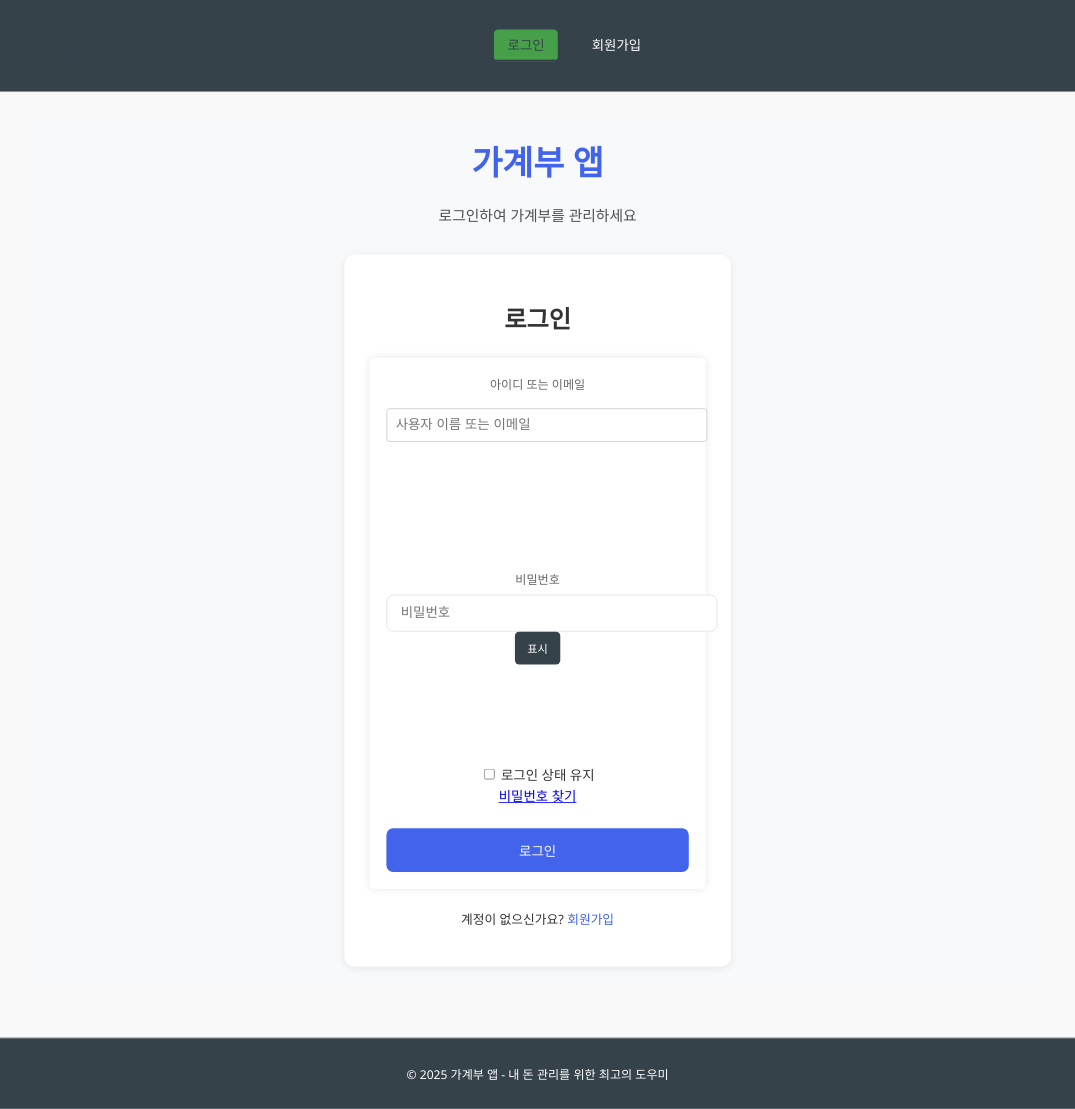
Repository: dldnwls07/Register_Login_Form
Page: /
The author's editor kept a copy of each file at every save. The page is drawn from the files as they stood at one save, then again after a run of saves.
The browser window is 1280 px wide. The pictures show the whole page, at 84% of full size.
The project was rebuilt for these pictures with package versions that can differ from the ones it lists, and the page was loaded fresh each time. Also part of the build but not shown: src/components/Summary.jsx, src/styles/pages/MainPage.css, src/pages/MainPage.jsx, src/utils/categoryData.js, src/components/CategorySelector.jsx, src/components/EntryForm.jsx, src/components/EntryTable.jsx, src/components/SearchBar.jsx and 14 more.

Above is the page before, as saved 2025-05-23 13:58:29.

After the next 3 saves:
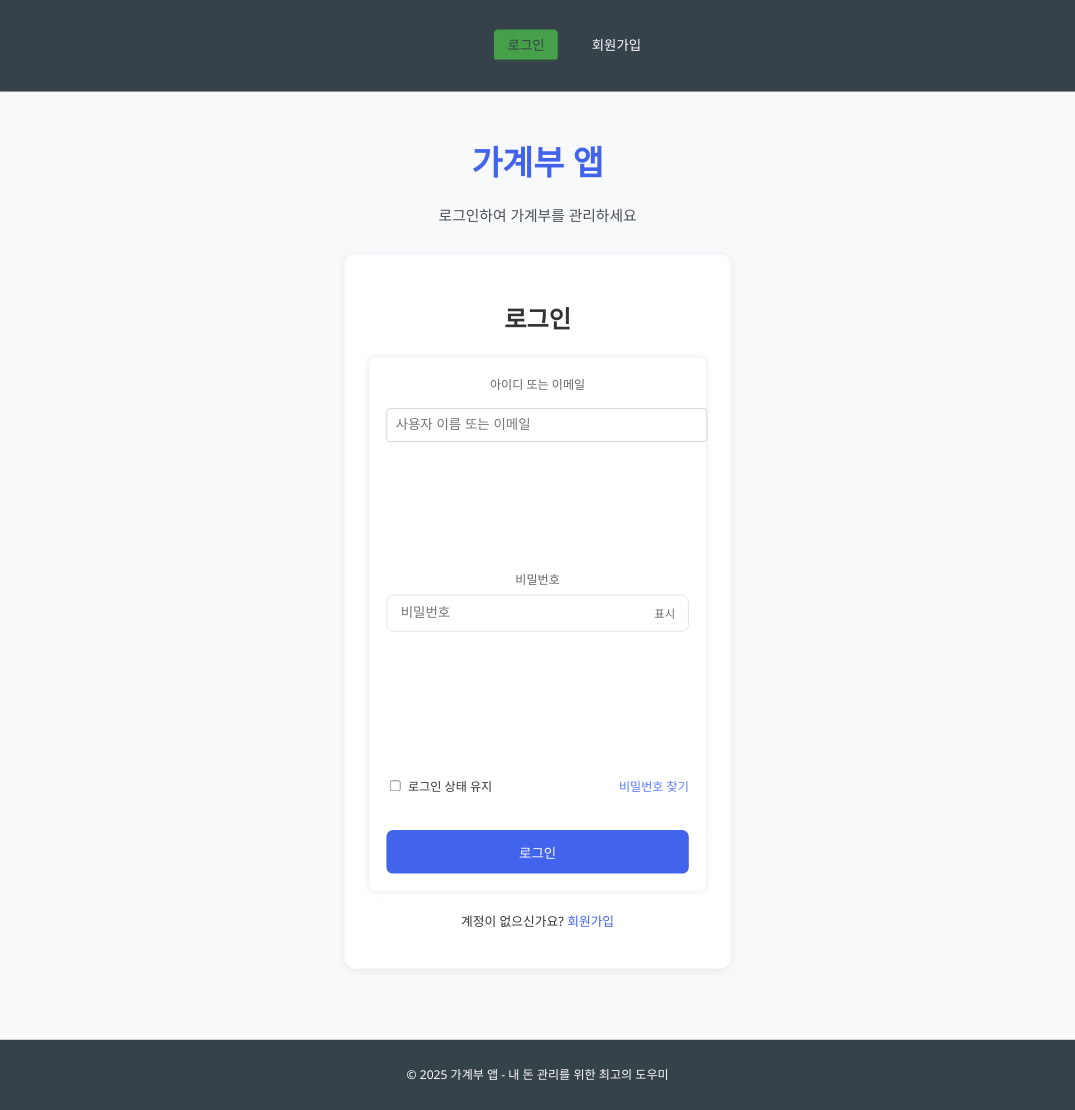
The 3 saves are shown as one change because 2 did not build or start.
The last was saved 6 min 5 s later.
--- a/src/styles/components/AuthForm.css
+++ b/src/styles/components/AuthForm.css
@@ -200,6 +200,134 @@
   color: #4cd964;
 }
 
+/* 새로 추가된 스타일 */
+.email-group {
+  display: flex;
+  align-items: center;
+  gap: 5px;
+}
+
+.email-prefix {
+  flex: 1;
+}
+
+.email-at {
+  margin: 0 5px;
+  color: #666;
+}
+
+.email-domain {
+  width: 130px;
+}
+
+.custom-domain {
+  margin-top: 10px;
+}
+
+.custom-domain input {
+  width: 100%;
+}
+
+.password-input-container {
+  position: relative;
+  display: flex;
+  align-items: center;
+}
+
+.password-input-container input {
+  width: 100%;
+}
+
+.toggle-password-btn {
+  position: absolute;
+  right: 10px;
+  top: 50%;
+  transform: translateY(-50%);
+  background: none;
+  border: none;
+  color: #666;
+  font-size: 0.85rem;
+  cursor: pointer;
+  padding: 3px 6px;
+  border-radius: 3px;
+}
+
+.toggle-password-btn:hover {
+  background-color: #f1f3f5;
+}
+
+.input-error-field {
+  border-color: #e03131 !important;
+}
+
+.password-policy {
+  font-size: 0.85rem;
+  color: #666;
+  margin-top: 8px;
+  padding: 10px;
+  background-color: #f8f9fa;
+  border-radius: 6px;
+}
+
+.password-policy p {
+  margin-top: 0;
+  margin-bottom: 5px;
+  font-weight: 500;
+}
+
+.password-policy ul {
+  margin: 0;
+  padding-left: 20px;
+}
+
+.password-policy li {
+  margin-bottom: 3px;
+}
+
+.password-policy li.met {
+  color: #2b8a3e;
+}
+
+.password-policy li.not-met {
+  color: #e03131;
+}
+
+.form-options {
+  display: flex;
+  justify-content: space-between;
+  align-items: center;
+  margin: 15px 0;
+  font-size: 0.9rem;
+}
+
+.remember-me {
+  display: flex;
+  align-items: center;
+}
+
+.remember-me input[type="checkbox"] {
+  margin-right: 5px;
+}
+
+.forgot-password-link {
+  color: #5c7cfa;
+  text-decoration: none;
+}
+
+.forgot-password-link:hover {
+  text-decoration: underline;
+}
+
+.auth-warning-message {
+  margin-top: 12px;
+  padding: 8px;
+  border-radius: 6px;
+  background-color: #fff9db;
+  color: #f08c00;
+  font-size: 0.85rem;
+  border-left: 3px solid #f08c00;
+}
+
 /* 반응형 */
 @media (max-width: 480px) {
   .auth-form-container {
